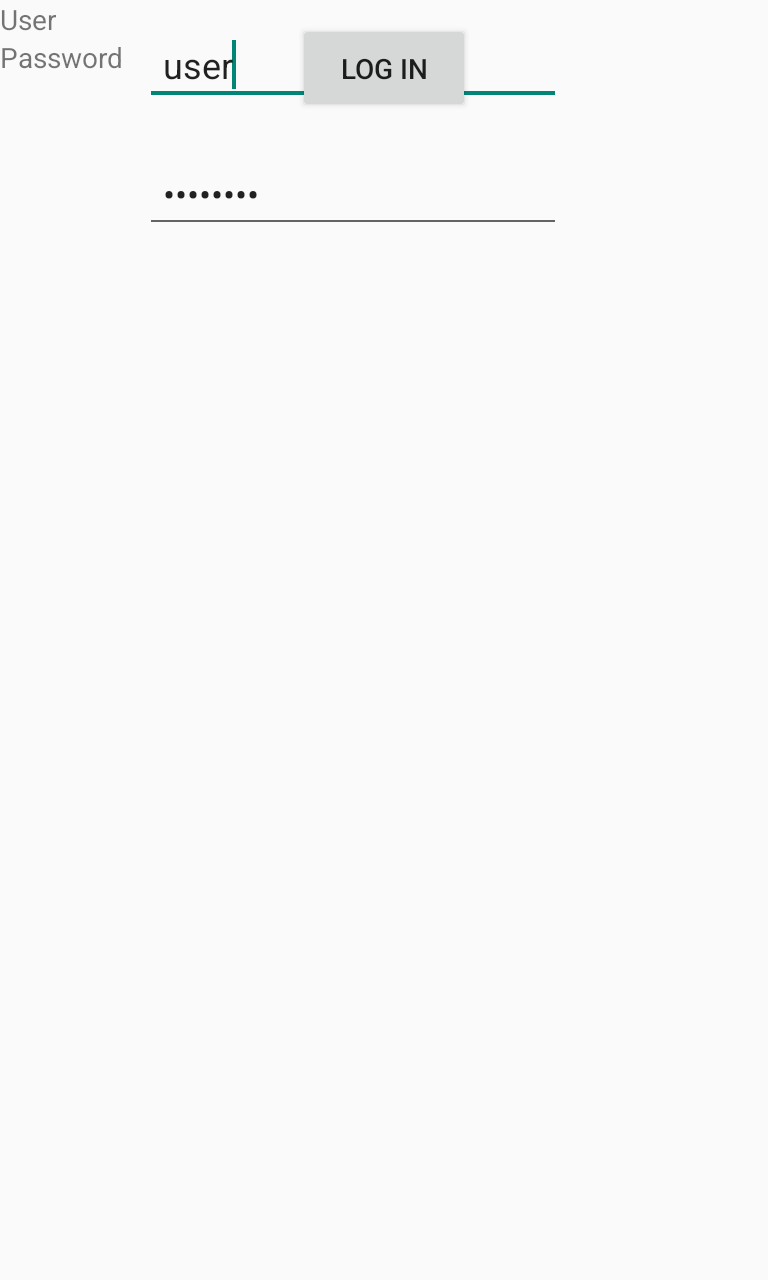
Repository: mgorski-mg/FunsCounter
Layout: FunsCounter/res/layout/login_fragment.xml
An editor plug-in stored every save of this project. The layout is shown before and after the next save, followed by the edit.
It is drawn on a 768 x 1280 px phone screen (xhdpi) without system bars, with theme AppTheme; the app's code is not run.

Above is the layout before, as saved 2014-02-10 18:16:18.

### FunsCounter/res/layout/login_fragment.xml
<RelativeLayout xmlns:android="http://schemas.android.com/apk/res/android"
    android:layout_width="fill_parent"
    android:layout_height="wrap_content"
    android:layout_gravity="center" >

    <LinearLayout
        android:layout_width="fill_parent"
        android:layout_height="wrap_content"
        android:layout_alignParentTop="true" >

        <LinearLayout
            android:layout_width="wrap_content"
            android:layout_height="wrap_content"

            android:orientation="vertical" >

            <TextView
                android:layout_width="wrap_content"
                android:layout_height="wrap_content"
                android:text="@string/user" />

            <TextView
                android:layout_width="wrap_content"
                android:layout_height="wrap_content"
                android:text="@string/password" />
        </LinearLayout>

        <LinearLayout
            android:layout_width="wrap_content"
            android:layout_height="wrap_content"
            android:orientation="vertical" >

            <EditText
                android:id="@+id/user"
                android:layout_width="match_parent"
                android:layout_height="wrap_content"
                android:layout_margin="10dp"
                android:ems="10"
                android:inputType="text"
                android:padding="10dp"
                android:text="user" >

                <requestFocus />
            </EditText>

            <EditText
                android:id="@+id/password"
                android:layout_width="match_parent"
                android:layout_height="wrap_content"
                android:layout_margin="10dp"
                android:ems="10"
                android:inputType="textPassword"
                android:padding="10dp"
                android:text="password" />
        </LinearLayout>
    </LinearLayout>

    <Button
        android:id="@+id/loginButton"
        android:layout_width="wrap_content"
        android:layout_height="wrap_content"
        android:layout_below="@+id/password"
        android:layout_centerHorizontal="true"
        android:layout_margin="10dp"
        android:padding="10dp"
        android:text="@string/login" />

</RelativeLayout>

### FunsCounter/res/values/styles.xml
<resources>

    <style name="AppBaseTheme" parent="Theme.AppCompat.Light"></style>

    <!-- Application theme. -->
    <style name="AppTheme" parent="AppBaseTheme"></style>

    <style name="AppTheme.NoTitleBar" parent="AppBaseTheme">
        <item name="windowActionBar">false</item>
    </style>

</resources>

### FunsCounter/res/values/strings.xml
<?xml version="1.0" encoding="utf-8"?>
<resources>

    <string name="app_name">Funs Counter</string>
    <string name="refresh_event_list">Refresh Event List</string>
    <string name="refresh_content">Refresh Content</string>
    <string name="connection_problem">Can\'t download data! Please check your internet connection.</string>
    <string name="login">Log In</string>
    <string name="cant_login">Wrong username or password!</string>
    <string name="wait">Please wait!</string>
    <string name="user">User</string>
    <string name="password">Password</string>


</resources>

After the next save:
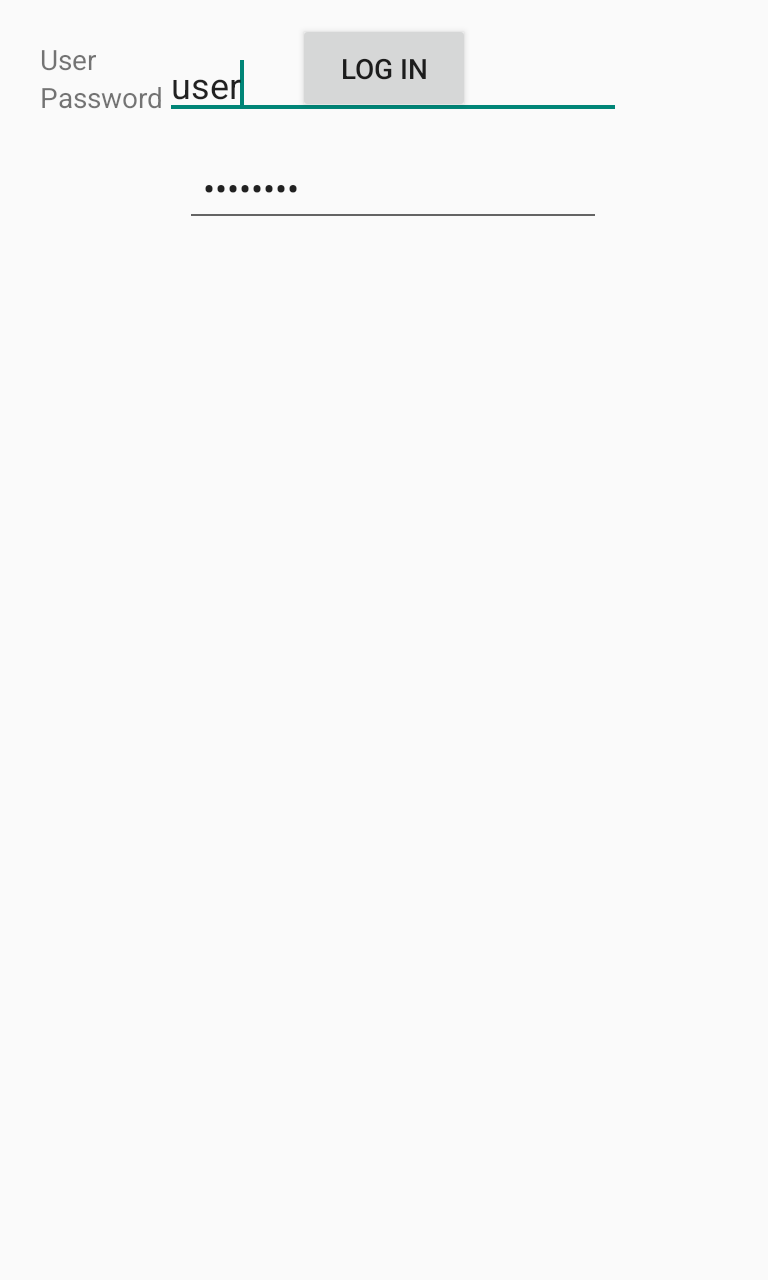
Saved 22 s later.
--- a/FunsCounter/res/layout/login_fragment.xml
+++ b/FunsCounter/res/layout/login_fragment.xml
@@ -6,12 +6,13 @@
     <LinearLayout
         android:layout_width="fill_parent"
         android:layout_height="wrap_content"
-        android:layout_alignParentTop="true" >
+        android:layout_alignParentTop="true"
+        android:layout_margin="10dp"
+        android:padding="10dp" >
 
         <LinearLayout
             android:layout_width="wrap_content"
             android:layout_height="wrap_content"
-
             android:orientation="vertical" >
 
             <TextView
@@ -34,10 +35,8 @@
                 android:id="@+id/user"
                 android:layout_width="match_parent"
                 android:layout_height="wrap_content"
-                android:layout_margin="10dp"
                 android:ems="10"
                 android:inputType="text"
-                android:padding="10dp"
                 android:text="user" >
 
                 <requestFocus />
